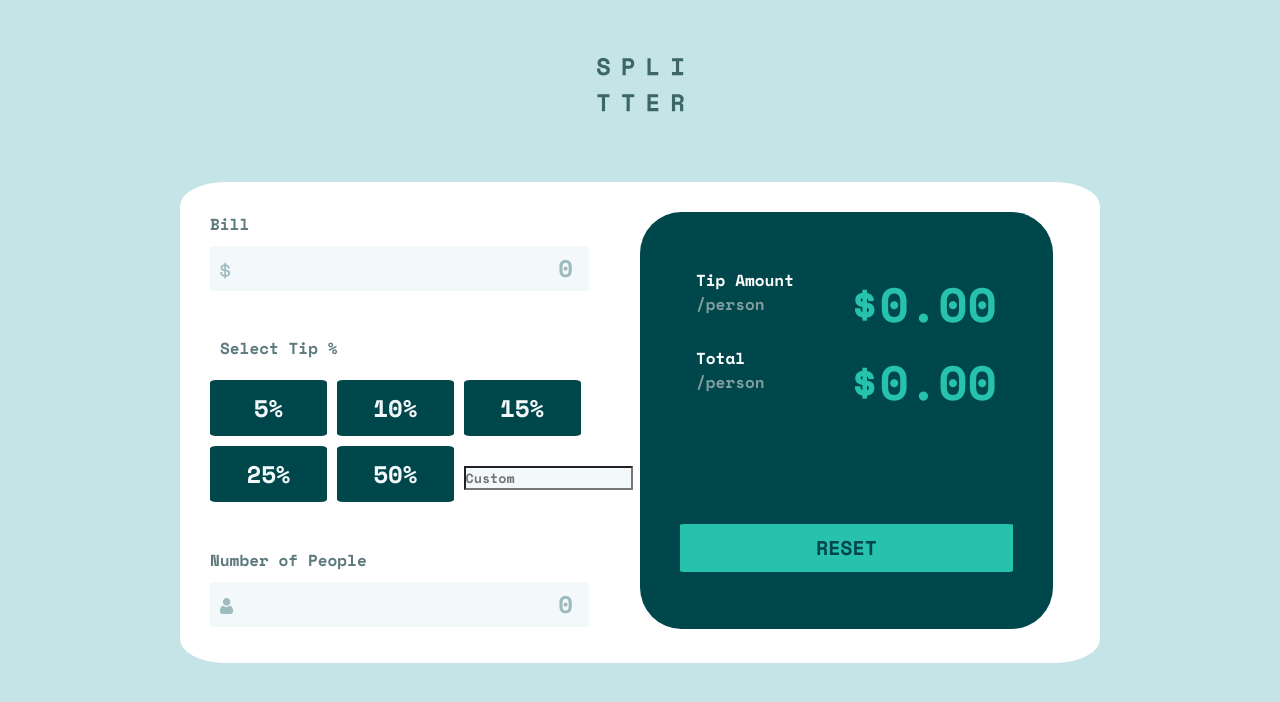
Repository: Arkitecth/tip-calculator
Page: index.html
These files come from the project's save history. The page is drawn as it stood at one moment and after the next save; the edit follows.
The browser window is 1280 px wide. The pictures show the whole page.

Above is the page before, as saved 2023-06-09 21:06:01.

### index.html
<!DOCTYPE html>
<html lang="en">
<head>
  <meta charset="UTF-8">
  <meta name="viewport" content="width=device-width, initial-scale=1.0"> <!-- displays site properly based on user's device -->

  <link rel="icon" type="image/png" sizes="32x32" href="./images/favicon-32x32.png">
  <link rel="stylesheet" href="styles.css">
  <title>Tip calculator app</title>

</head>
<body>

  <main>
    <img src="images/logo.svg" alt="logo">
      <div class="app">
        <div class="entry">
          <div class="bill-entry">
            <p>Bill</p>
            <img src="images/icon-dollar.svg" alt="dollar sign"><input class="entry-input" type="text" name="Bill" id="Bill" placeholder="0">
            <p class="error-message">Please enter correct bill</p>
          </div>

          <div class="tip-entry">
            <p>Select Tip %</p>
            <input type="button" value="5%">
            <input type="button" value="10%">
            <input type="button" value="15%">
            <input type="button" value="25%">
            <input type="button" value="50%">
            <input class="custom" type="text" placeholder="Custom">
          </div>

          <div class="people-entry">
            <p>Number of People</p>
            <img src="images/icon-person.svg" alt="person sign"><input class="entry-input" type="text" name="people-entry" id="people-entry" placeholder="0">
          </div>

        </div>

        <div class="result">
          <div class="tip">
            <p class="title">Tip Amount
              <br>
              <span class="grey-color">/person</span>
            </p>
            <h1 class="amount">$0.00</h1>

          </div>

          <div class="total">
            <p class="title">Total
              <br>
              <span class="grey-color">/person</span>
            </p>
            <h1 class="amount">$0.00</h1>
          </div>
          <button class="reset-button">Reset</button>
        </div>


  </div>
  </main>





</body>
</html>

### styles.css
@import url('https://fonts.googleapis.com/css2?family=Space+Mono:wght@700&display=swap');
* {
    margin: 0;
    padding: 0;
    font-family: 'Space Mono', monospace;
}

/* Main Styling */
body {
    background-color: #C5E4E7;

}

main {
    display: flex;
    flex-direction: column;
    justify-content: center;
    align-items: center;
    align-content: center;
    height: 100vh;
    gap: 70px;
}

/* App Styling */

.app {
    width: 920px;
    height: 481px;
    background-color: white;
    border-radius: 5%;
    display: grid;
    grid-template-columns: 1fr 1fr;
}

/* Entry Styling */

.entry {
    display: grid;
    padding-top: 30px;
    grid-template-rows: auto auto auto;
    padding-left: 30px;
    justify-content: center;
    color: #5E7A7D;
}

.entry p {
    margin-bottom: 10px;
}

.entry-input {
    background-color:#f3F9FA;
    width: 379px;
    height: 45px;
    border: none;
    border-radius: 2%;
    text-align: right;
    font-size: 1.5rem;
    color: #00474B;

}

.entry-input:focus {
    outline: none;
    border: 1px solid #26C2AE;

}

.entry-input::placeholder {
    text-align: right;
    font-size: 1.5rem;
    color:#00474B;
    opacity: 0.35;
    padding: 1rem;

}

/* Bill Styling */

.bill-entry {
    position: relative;
}

.bill-entry img {
    position: absolute;
    top: 50px;
    left: 10px;
}

p.error-message {
    color: red;
    display: none;
}
.toggle {
    display: block;
}

/* Tip Entry */
.tip-entry p {
    padding: 10px;
}
.tip-entry input[type="button"] {
    width: 117px;
    padding: 10px;
    margin-bottom: 10px;
    background-color:#00474B;
    color: #f3F9FA;
    font-size: 1.5rem;
    border: none;
    border-radius: 5%;
    font-weight: 700;
}

.tip-entry input[type="button"]:active,.tip-entry input[type="button"]:hover {
    background-color: #26C2AE;
}
.tip-entry input[type="button"]:active {
    transform: translateY(4px);
}

.tip-entry input.custom {
    background-color: #F3F9FA;
    color:#547878;
}

/* People Entry Styling */
.people-entry {
    position: relative;
}
.people-entry img {
    position: absolute;
    top: 50px;
    left: 10px;
}

/* Result Styling */
.result {
    display: flex;
    flex-direction: column;
    background-color: #00474B;
    align-content: center;
    justify-content: space-evenly;
    border-radius: 10%;
    margin-top: 30px;
    width: 413px;
    height: 417px;
}

/* Tip Syling */
.tip {
    display: flex;
    flex-direction: row;
    justify-content: space-evenly;
    align-content: center;

}

.title {
    color: #FFFFFF;
    width: 98px;
}

.grey-color {
    color: #7F9D9F;
}

.amount {
    color: #26C2AE;
    font-size: 48px;
}

.total {
    display: flex;
    justify-content: space-evenly;
    transform: translateY(-50px);
}

/* Rest Button */
.reset-button {
    width: 333px;
    height: 48px;
    margin: 0 auto;
    text-transform: uppercase;
    font-size: 20px;
    background-color: #26C2AE;
    color: #00474B;
    border: none;
    border-radius: 2%;
}

.reset-button:hover,
.reset-button:active{
    background-color: #9FE8DF
}
.reset-button:active{
    transform: translateY(4px);
}

@media screen and (max-width:956px) {

    main {
        justify-content: flex-start;
    }
    .app {
        display: grid;
        height: fit-content;
        width: 375px;

    }
    .entry-input {
        width: 311px;
    }
    .tip-entry p {
        padding: 15px 0;
    }
    .tip-entry input[type="button"]  {
        width: 146.63px;
    }
    .people-entry p {
        padding-top: 20px;
    }

    .people-entry img {
        transform: translateY(20px);
    }
    .result {
        width: 328px;
        margin: 10px auto;
        grid-row: 2;
        font-size: 16px;
        justify-content: space-around;
        margin-top: 20px;
        height: 257px;
        margin-left: 20px;
    }

    .total {
        transform: translate(0);
    }

    .reset-button {
        width: 281px;
    }

    .amount {
        font-size: 32px;
    }
}

After the next save:
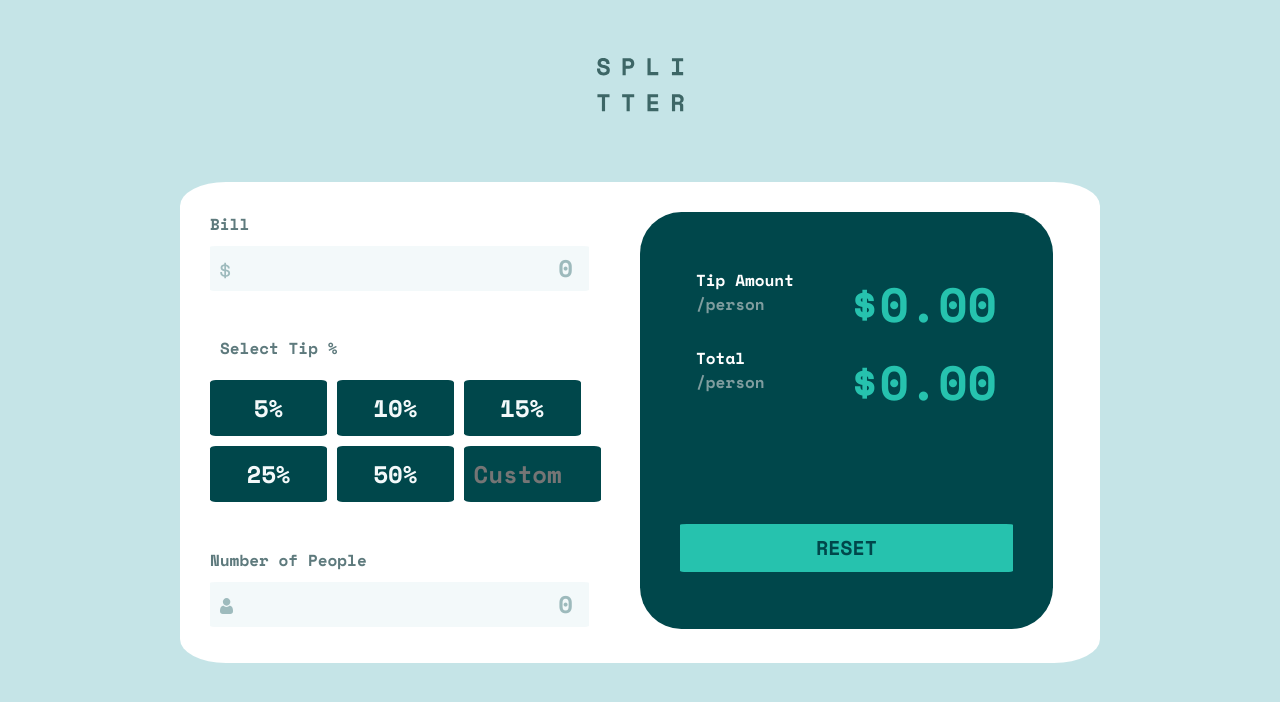
Saved 69 s later.
--- a/styles.css
+++ b/styles.css
@@ -119,7 +119,20 @@
 
 .tip-entry input.custom {
     background-color: #F3F9FA;
+    width: 117px;
+    padding: 10px;
+    margin-bottom: 10px;
+    background-color:#00474B;
+    color: #f3F9FA;
+    font-size: 1.5rem;
+    border: none;
+    border-radius: 5%;
+    font-weight: 700;
     color:#547878;
+}
+
+.tip-entry input.custom:active {
+
 }
 
 /* People Entry Styling */
